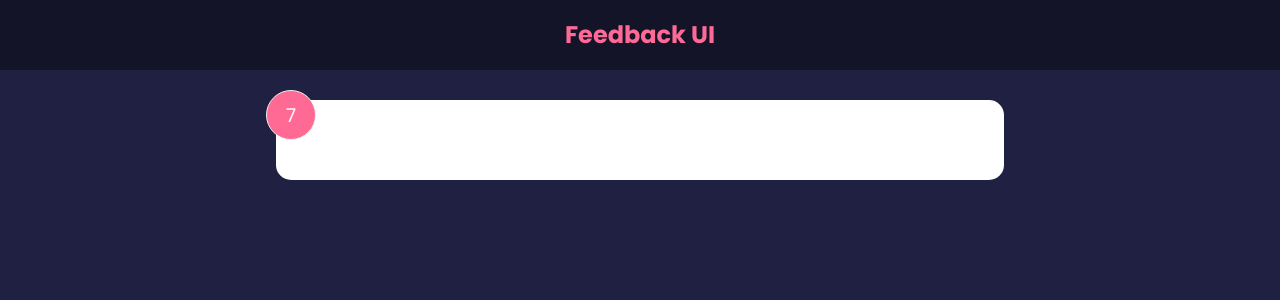
Repository: ErminiaDev/Feedback-app
Page: /
The author's editor kept a copy of each file at every save. The page is drawn from the files as they stood at one save, then again after a run of saves.
The browser window is 1280 px wide. The pictures show the whole page.
The project was rebuilt for these pictures with package versions that can differ from the ones it lists, and the page was loaded fresh each time.

Above is the page before, as saved 2023-02-06 17:05:58.

After the next 6 saves:
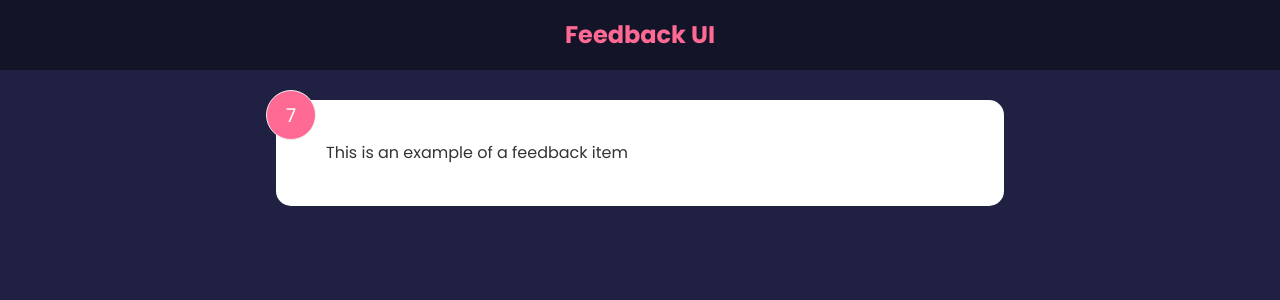
The 6 saves are shown as one change because they came seconds apart.
The last was saved 11 s later.
--- a/src/components/FeedbackItem.jsx
+++ b/src/components/FeedbackItem.jsx
@@ -6,8 +6,8 @@ const FeedbackItem = props => {
 
 	return (
 		<div className="card">
-			<div className="num-display">{rating}</div>
-			<div className="text-display"></div>
+			<div className="num-display">{ rating }</div>
+			<div className="text-display">{ text }</div>
 		</div>
 	)
 }
